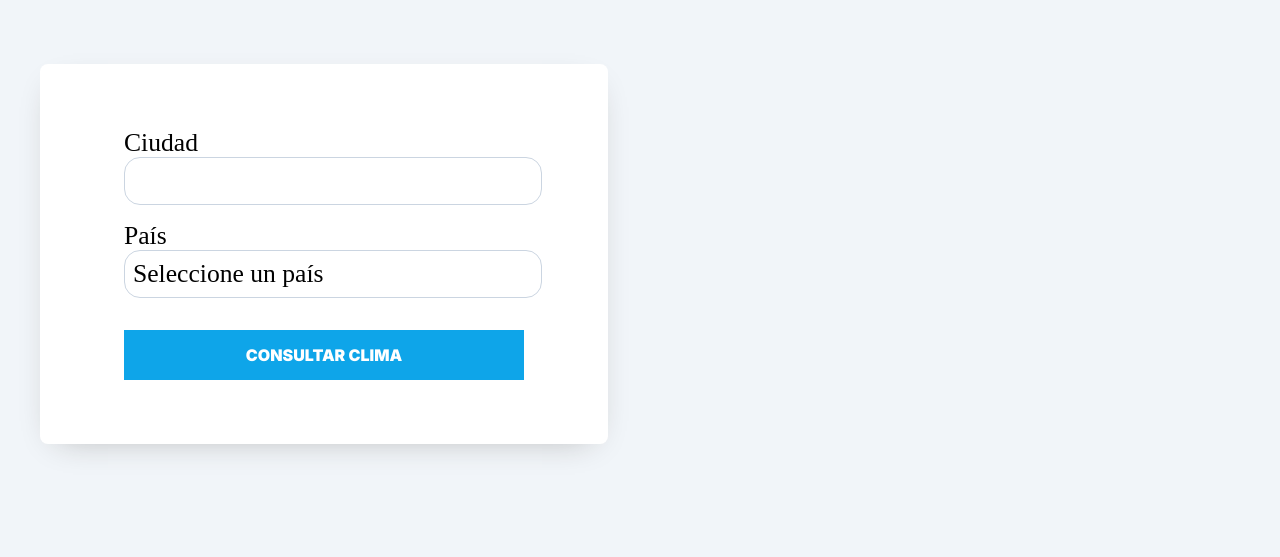
Repository: CarlosCamposRodriguez99/climaApp
Page: /
An editor plug-in stored every save of this project. The page is shown before and after the next save, followed by the edit.
The browser window is 1280 px wide. The pictures show the whole page.
Some web fonts or font styles are not loaded; a fallback is used. The project was rebuilt for these pictures with package versions that can differ from the ones it lists, and the page was loaded fresh each time. Also part of the build but not shown: vite.config.js.

Above is the page before, as saved 2022-03-15 19:45:22.

### index.html
<!DOCTYPE html>
<html lang="en">
  <head>
    <meta charset="UTF-8" />
    <link rel="icon" type="image/svg+xml" href="/src/favicon.svg" />
    <meta name="viewport" content="width=device-width, initial-scale=1.0" />
    <title>Clima App - Context</title>
    <link rel="stylesheet" href="https://cdnjs.cloudflare.com/ajax/libs/modern-normalize/1.1.0/modern-normalize.min.css">
    <link rel="preconnect" href="https://fonts.googleapis.com">
    <link rel="preconnect" href="https://fonts.gstatic.com" crossorigin>
    <link href="https://fonts.googleapis.com/css2?family=Hubballi&family=Inter:wght@900&display=swap" rel="stylesheet">

  </head>
  <body>
    <div id="root"></div>
    <script type="module" src="/src/main.jsx"></script>
  </body>
</html>

### src/index.css
body {
  font-family: 'Hubballi', cursive;
  background-color: #f1f5f9;
  font-size: 1.6rem;
}
header {
  background-color: #0ea5e9;
  padding: 1.5rem;
  border-bottom: 1rem solid #0284c7;
}
header h1 {
  text-align: center;
  color: white;
  font-family: 'Inter', sans-serif;
  font-size: 3rem;
  margin:0;
}
.dos-columnas {
  display: grid;
  gap: 4rem;
}
@media (min-width: 768px) {
  .dos-columnas {
    grid-template-columns: repeat(2, 1fr);
  }
}
main {
  margin: 4rem auto;
  max-width: 1200px;
}
.contenedor {
  margin: 0 auto 2rem auto;
  border-radius: .5rem;
  background-color: white;
  padding: 4rem;
  -webkit-box-shadow: 0px 10px 33px -17px rgba(173,173,173,1);
  -moz-box-shadow: 0px 10px 33px -17px rgba(173,173,173,1);
  box-shadow: 0px 10px 33px -17px rgba(173,173,173,1);
  width: 100%;
}
form {
  width: 100%;
}
.campo {
  max-width: 400px;
  margin: 0 auto 1rem auto;
}
.campo label {
  display: block;

}
.campo input,
.campo select {
  all: unset;
  border: 1px solid #cbd5e1;
  width: 100%;
  border-radius: 1rem;
  padding: .5rem;
}

input[type="submit"] {
  background-color: #0ea5e9;
  margin: 2rem auto 0 auto;
  display: block;
  padding: 1rem 3rem;
  color: white;
  text-transform: uppercase;
  font-family: 'Inter', sans-serif;
  font-size: 1rem;
  border: none;
  width: 100%;
  transition: background-color .3s ease;
}
@media (min-width: 768px) {
  input[type="submit"]  {
    max-width: 400px;
  }
}
input[type="submit"]:hover {
  background-color: #0369a1;
}


.loading {
  display: flex;
  justify-content: center;
  align-items: center;
  width: 100%;
}

.sk-chase {
  width: 40px;
  height: 40px;
  position: relative;
  animation: sk-chase 2.5s infinite linear both;

}

.sk-chase-dot {
  width: 100%;
  height: 100%;
  position: absolute;
  left: 0;
  top: 0;
  animation: sk-chase-dot 2.0s infinite ease-in-out both;
}

.sk-chase-dot:before {
  content: '';
  display: block;
  width: 25%;
  height: 25%;
  background-color: #0ea5e9;
  border-radius: 100%;
  animation: sk-chase-dot-before 2.0s infinite ease-in-out both;
}

.sk-chase-dot:nth-child(1) { animation-delay: -1.1s; }
.sk-chase-dot:nth-child(2) { animation-delay: -1.0s; }
.sk-chase-dot:nth-child(3) { animation-delay: -0.9s; }
.sk-chase-dot:nth-child(4) { animation-delay: -0.8s; }
.sk-chase-dot:nth-child(5) { animation-delay: -0.7s; }
.sk-chase-dot:nth-child(6) { animation-delay: -0.6s; }
.sk-chase-dot:nth-child(1):before { animation-delay: -1.1s; }
.sk-chase-dot:nth-child(2):before { animation-delay: -1.0s; }
.sk-chase-dot:nth-child(3):before { animation-delay: -0.9s; }
.sk-chase-dot:nth-child(4):before { animation-delay: -0.8s; }
.sk-chase-dot:nth-child(5):before { animation-delay: -0.7s; }
.sk-chase-dot:nth-child(6):before { animation-delay: -0.6s; }

@keyframes sk-chase {
  100% { transform: rotate(360deg); }
}

@keyframes sk-chase-dot {
  80%, 100% { transform: rotate(360deg); }
}

@keyframes sk-chase-dot-before {
  50% {
    transform: scale(0.4);
  } 100%, 0% {
    transform: scale(1.0);
  }
}

### src/App.jsx
import AppClima from "./components/AppClima";
import { ClimaProvider } from './context/ClimaProvider';

function App() {

  return (
    <ClimaProvider>
      <AppClima />
    </ClimaProvider>
  )
}

export default App

### src/components/AppClima.jsx
import React from 'react'
import Formulario from './Formulario'

const AppClima = () => {
  return (
    <>
        <main className="dos-columnas">
          <Formulario />
        </main>
    </>
  )
}

export default AppClima

### src/context/ClimaProvider.jsx
import { useState, createContext } from 'react';

const ClimaContext = createContext()

const ClimaProvider = ({children}) => {


  return (
    <ClimaContext.Provider
      value={{}}
    >

      {children}
    </ClimaContext.Provider>

  )
}

export {
  ClimaProvider
}

export default ClimaContext;

### src/components/Formulario.jsx


const Formulario = () => {
  return (
    <div className="contenedor">
      <form>
        <div className="campo">
          <label htmlFor="ciudad">Ciudad</label>
          <input
            type="text"
            id="ciudad"
            name="ciudad"
          />
        </div>
        <div className="campo">
          <label htmlFor="pais">País</label>
          <select
            id="pais"
            name="pais"
          >
            <option value=""> Seleccione un país </option>
            <option value="US">Estados Unidos</option>
            <option value="MX">México</option>
            <option value="AR">Argentina</option>
            <option value="CO">Colombia</option>
            <option value="CR">Costa Rica</option>
            <option value="ES">España</option>
            <option value="PE">Perú</option>
          </select>
        </div>

        <input
          type="submit"
          value="Consultar Clima"
        />
      </form>
    </div>
  )
}

export default Formulario

Loaded but not shown: src/main.jsx (common file)

After the next save:
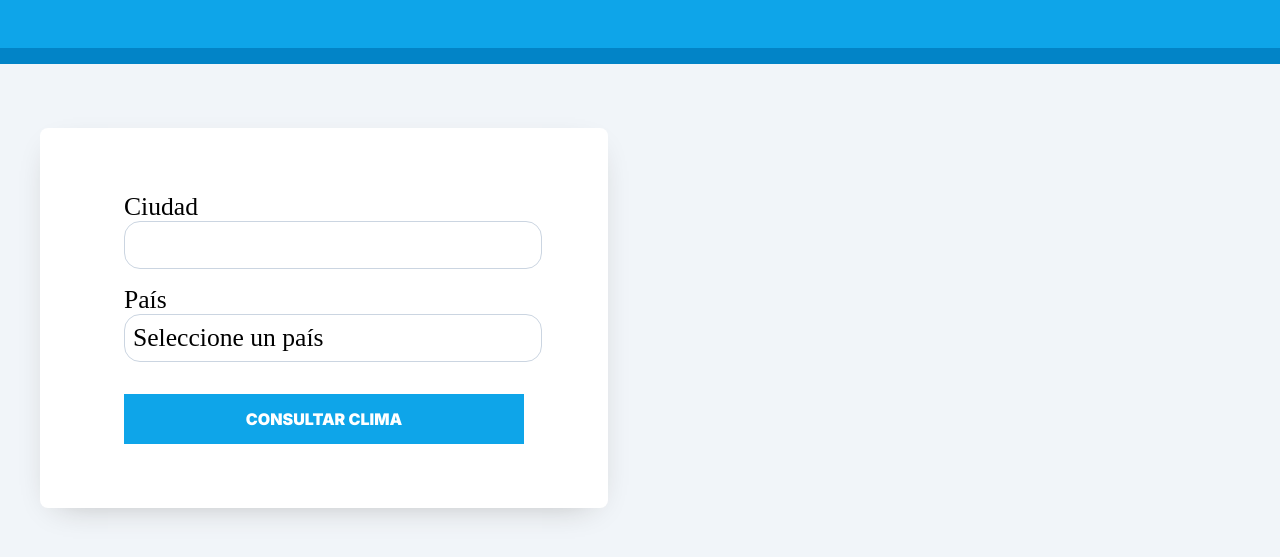
Saved 29 s later.
--- a/src/App.jsx
+++ b/src/App.jsx
@@ -5,6 +5,7 @@ function App() {
 
   return (
     <ClimaProvider>
+      <header></header>
       <AppClima />
     </ClimaProvider>
   )
